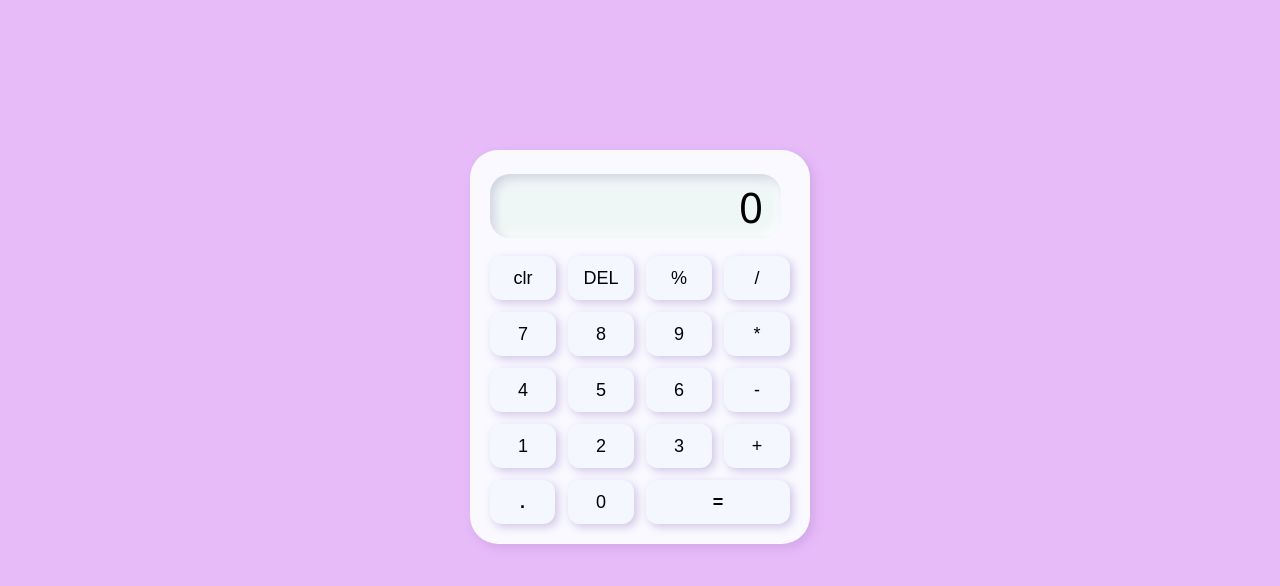
Repository: meti-guda/simple-calculator
Page: index.html
An editor plug-in stored every save of this project. The page is shown before and after the next save, followed by the edit.
The browser window is 1280 px wide. The pictures show the whole page.

Above is the page before, as saved 2025-12-11 13:00:13.

### index.html
<!DOCTYPE html>
<html lang="en">
  <head>
    <meta charset="UTF-8" />
    <title>Simple Calculator</title>
    <link rel="stylesheet" href="style.css" />
  </head>
  <body>
    <div class="contianer">
      <div class="calculator">
        <div class="display">
          <div class="expression" id="expression">0</div>
        </div>

        <div class="values">
          <button data-action="clear">clr</button>
          <button data-action="del">DEL</button>
          <button data-value="%">%</button>
          <button data-value="/">/</button>

          <button data-value="7">7</button>
          <button data-value="8">8</button>
          <button data-value="9">9</button>
          <button data-value="*">*</button>

          <button data-value="4">4</button>
          <button data-value="5">5</button>
          <button data-value="6">6</button>
          <button data-value="-">-</button>

          <button data-value="1">1</button>
          <button data-value="2">2</button>
          <button data-value="3">3</button>
          <button data-value="+">+</button>

          <button class="dot" data-value=".">.</button>
          <button data-value="0">0</button>
          <button class="equal" data-action="equals">=</button>
        </div>
      </div>
    </div>

    <script src="index.js"></script>
  </body>
</html>

### style.css
body {
  display: flex;
  align-items: center;
  justify-content: center;
  background-color: #e7baf8;
  font-family: "Segoe UI", system-ui, sans-serif;
  box-sizing: border-box;
  margin-top: 150px;
  padding: 0;
}

.container {
  padding: 16px;
}

.calculator {
  width: 300px;
  padding: 24px 20px 20px;
  border-radius: 28px;
  background-color: #f9f9ff;
  box-shadow: 4px 4px 10px rgba(150, 121, 189, 0.25);
}

.display {
  width: 85%;
  height: 64px;
  border-radius: 20px;
  background-color: #eef6f6;
  box-shadow: inset 4px 4px 10px rgba(161, 161, 190, 0.4),
    inset -4px -4px 10px rgba(255, 255, 255, 0.9);
  display: flex;
  align-items: center;
  justify-content: flex-end;
  padding: 0 18px;
  margin-bottom: 18px;
  overflow: hidden;
}

.expression {
  font-size: 42px;
  color: #000;
  white-space: nowrap;
}

.values {
  display: grid;
  grid-template-columns: repeat(4, 1fr);
  grid-gap: 12px;
}

.values button {
  border: none;
  outline: none;
  height: 44px;
  border-radius: 12px;
  background-color: #f5f7ff;
  box-shadow: 3px 3px 8px rgba(150, 121, 189, 0.4);
  color: #000;
  font-size: 18px;
  cursor: pointer;
  transition: transform 0.08s ease, box-shadow 0.08s ease, background 0.1s;
}

button:hover {
  background-color: #c79dd3;
  color: white;
}

.values button:active {
  transform: translateY(1px);
  background-color: #c76eca;
  box-shadow: inset 2px 2px 5px rgba(150, 121, 189, 0.4);
}

.dot {
  justify-self: flex-start;
  width: 65px;
  font-weight: 700;
}

.equal {
  grid-column: span 2;
  background-color: #d87bb4;
  color: #ffffff;
  font-weight: 600;
  box-shadow: 3px 3px 8px rgba(160, 100, 150, 0.5);
}

.equal:active {
  box-shadow: inset 2px 2px 5px rgba(160, 100, 150, 0.5);
}

@media (max-width: 400px) {
  .calculator {
    width: 90%;
  }
}

### index.js
class Calculator {
  constructor() {
    this.displayValue = "0";
    this.previousValue = null;
    this.operation = null;
    this.shouldResetDisplay = false;

    // your display div has class="expression"
    this.displayElement = document.querySelector(".expression");

    this.setupEventListeners();
    this.updateDisplay();
  }

  setupEventListeners() {
    // number buttons: have data-value with 0–9 but NO data-action
    document.querySelectorAll(".values button").forEach((btn) => {
      const action = btn.dataset.action;
      const value = btn.dataset.value;

      if (!action && value !== undefined) {
        // treat as number or dot key
        if (value === ".") {
          btn.addEventListener("click", () => this.handleDecimal());
        } else {
          btn.addEventListener("click", () => this.handleNumber(value));
        }
      } else if (action) {
        // action keys
        if (action === "equals") {
          btn.addEventListener("click", () => this.handleEquals());
        } else if (action === "clear") {
          btn.addEventListener("click", () => this.handleClear());
        } else if (action === "del") {
          btn.addEventListener("click", () => this.handleDelete());
        }
      }

      // operator keys have data-value of + - * / %
      if (["+", "-", "*", "/", "%"].includes(value)) {
        btn.addEventListener("click", () => this.handleOperator(value));
      }
    });

    // keyboard support
    document.addEventListener("keydown", (e) => this.handleKeyboard(e));
  }

  handleNumber(num) {
    if (this.shouldResetDisplay) {
      this.displayValue = num;
      this.shouldResetDisplay = false;
    } else {
      this.displayValue =
        this.displayValue === "0" ? num : this.displayValue + num;
    }
    this.updateDisplay();
  }

  handleDecimal() {
    if (this.shouldResetDisplay) {
      this.displayValue = "0.";
      this.shouldResetDisplay = false;
    } else if (!this.displayValue.includes(".")) {
      this.displayValue += ".";
    }
    this.updateDisplay();
  }

  handleOperator(op) {
    const current = parseFloat(this.displayValue);

    if (this.previousValue === null) {
      this.previousValue = current;
    } else if (this.operation) {
      const result = this.calculate(
        this.previousValue,
        current,
        this.operation
      );
      this.displayValue = this.formatResult(result);
      this.previousValue = result;
      this.updateDisplay();
    }

    this.operation = op;
    this.shouldResetDisplay = true;
  }

  handleEquals() {
    if (this.operation === null || this.previousValue === null) {
      return;
    }

    const current = parseFloat(this.displayValue);
    const result = this.calculate(this.previousValue, current, this.operation);
    this.displayValue = this.formatResult(result);
    this.previousValue = null;
    this.operation = null;
    this.shouldResetDisplay = true;
    this.updateDisplay();
  }

  handleClear() {
    this.displayValue = "0";
    this.previousValue = null;
    this.operation = null;
    this.shouldResetDisplay = false;
    this.updateDisplay();
  }

  handleDelete() {
    if (this.displayValue === "0" || this.shouldResetDisplay) {
      return;
    }
    this.displayValue = this.displayValue.slice(0, -1) || "0";
    this.updateDisplay();
  }

  calculate(prev, current, op) {
    switch (op) {
      case "+":
        return prev + current;
      case "-":
        return prev - current;
      case "*":
        return prev * current;
      case "/":
        return current !== 0 ? prev / current : 0;
      case "%":
        return prev % current;
      default:
        return current;
    }
  }

  formatResult(num) {
    return parseFloat(num.toFixed(10)).toString();
  }

  handleKeyboard(e) {
    if (e.key >= "0" && e.key <= "9") this.handleNumber(e.key);
    if (e.key === ".") this.handleDecimal();
    if (["+", "-", "*", "/", "%"].includes(e.key)) {
      e.preventDefault();
      this.handleOperator(e.key);
    }
    if (e.key === "Enter" || e.key === "=") {
      e.preventDefault();
      this.handleEquals();
    }
    if (e.key === "Backspace") {
      e.preventDefault();
      this.handleDelete();
    }
    if (e.key === "Escape") {
      e.preventDefault();
      this.handleClear();
    }
  }

  updateDisplay() {
    this.displayElement.textContent = this.displayValue;
  }
}

// create calculator once DOM is loaded
document.addEventListener("DOMContentLoaded", () => {
  new Calculator();
});

After the next save:
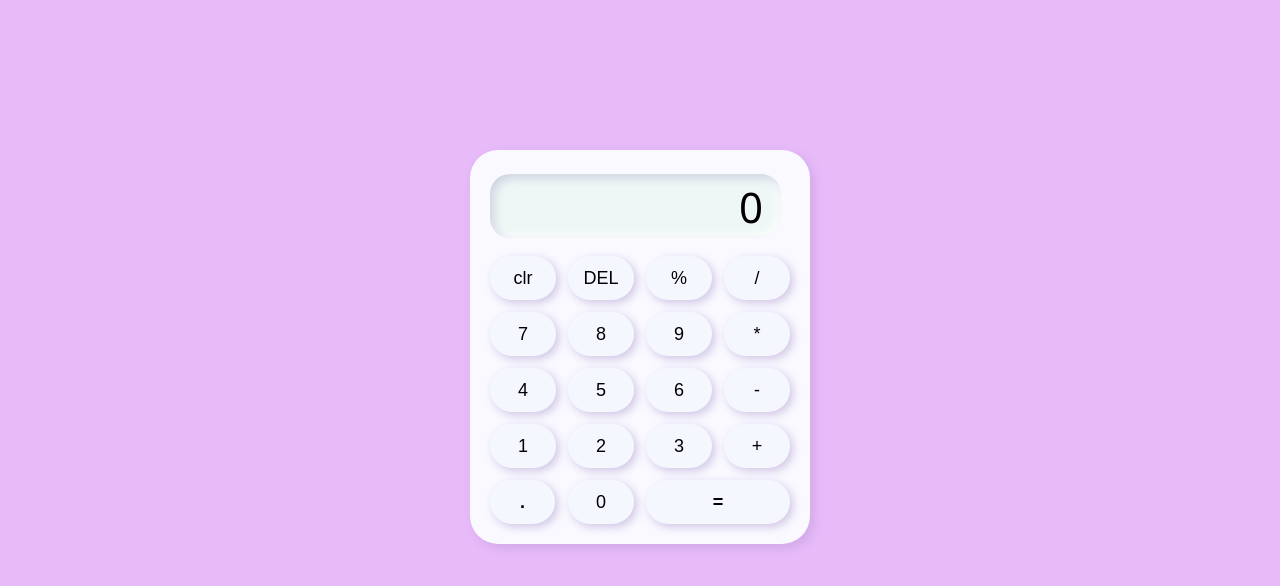
Saved 9 s later.
--- a/style.css
+++ b/style.css
@@ -52,7 +52,7 @@ body {
   border: none;
   outline: none;
   height: 44px;
-  border-radius: 12px;
+  border-radius: 120px;
   background-color: #f5f7ff;
   box-shadow: 3px 3px 8px rgba(150, 121, 189, 0.4);
   color: #000;
